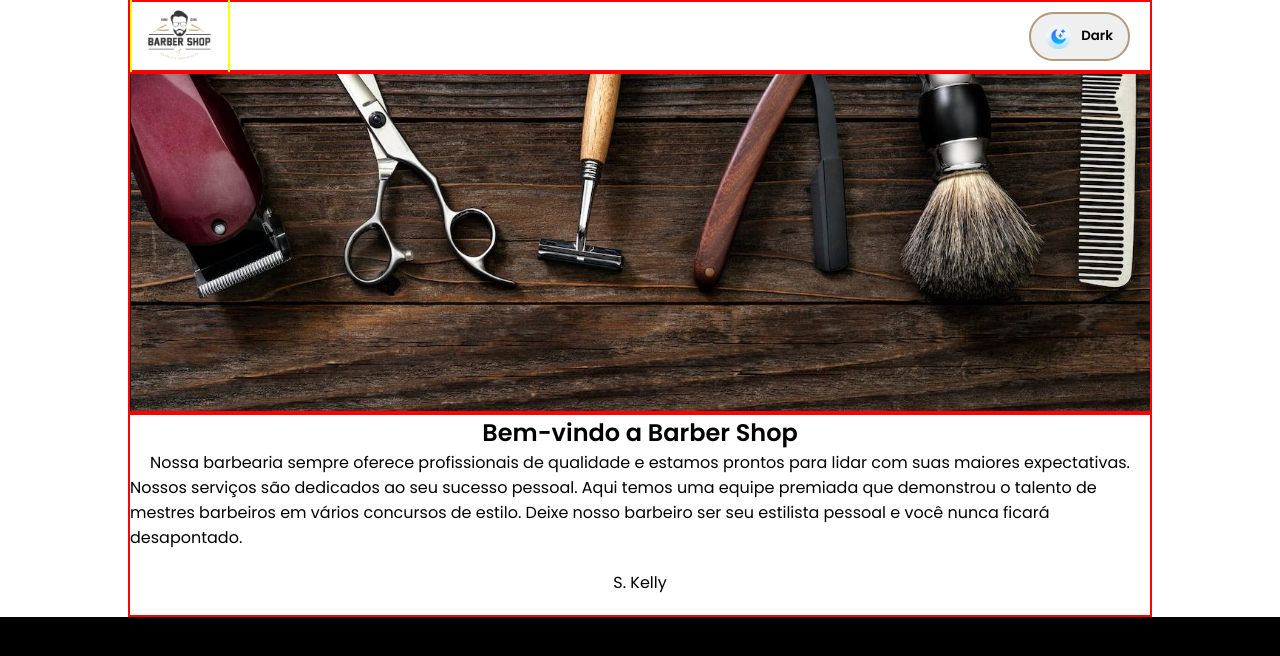
Repository: Daniells642/LandingPage-React
Page: /
An editor plug-in stored every save of this project. The page is shown before and after the next save, followed by the edit.
The browser window is 1280 px wide. The pictures show the whole page.
The project was rebuilt for these pictures with package versions that can differ from the ones it lists, and the page was loaded fresh each time.

Above is the page before, as saved 2022-11-04 21:50:20.

After the next save:
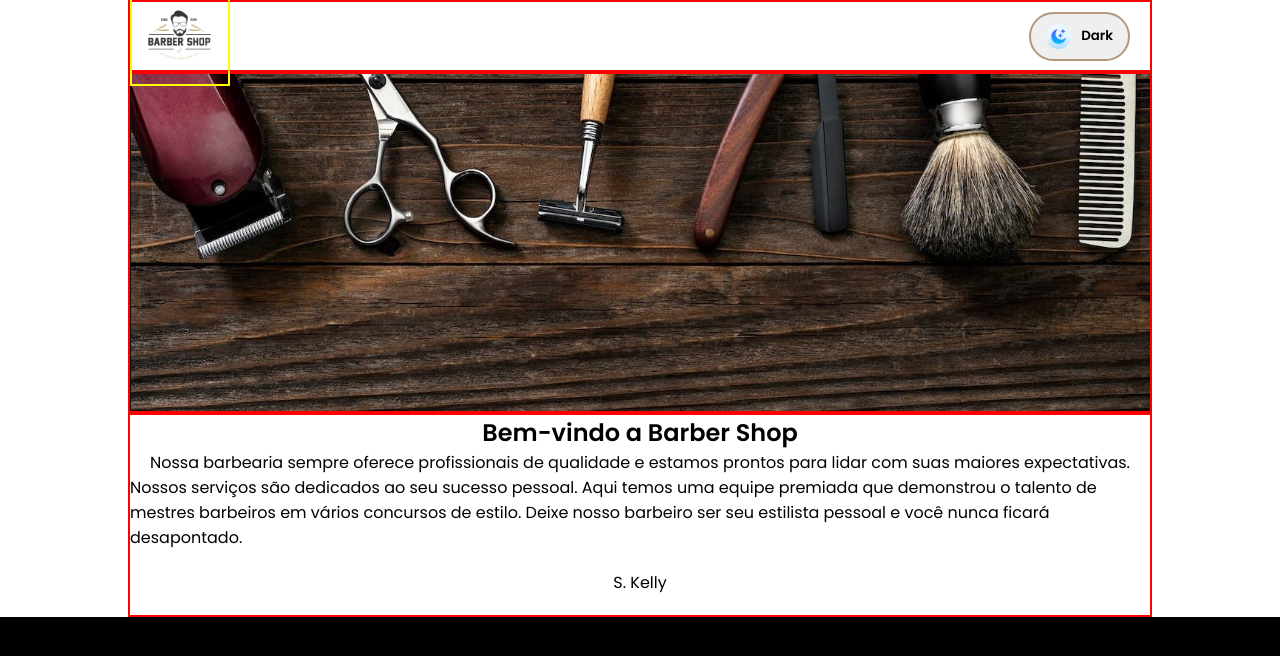
Saved 29 s later.
--- a/src/LandingPage/style.css
+++ b/src/LandingPage/style.css
@@ -39,11 +39,10 @@
   }
 
 #secao-banner {
-    position: relative;
     background-image: url('../../public/assets/banner-barbearia.jpg');
     background-repeat: no-repeat;
     background-size: cover;
-    width: 100%;
+    background-position: center center;
     height: 341px;
   }
 
